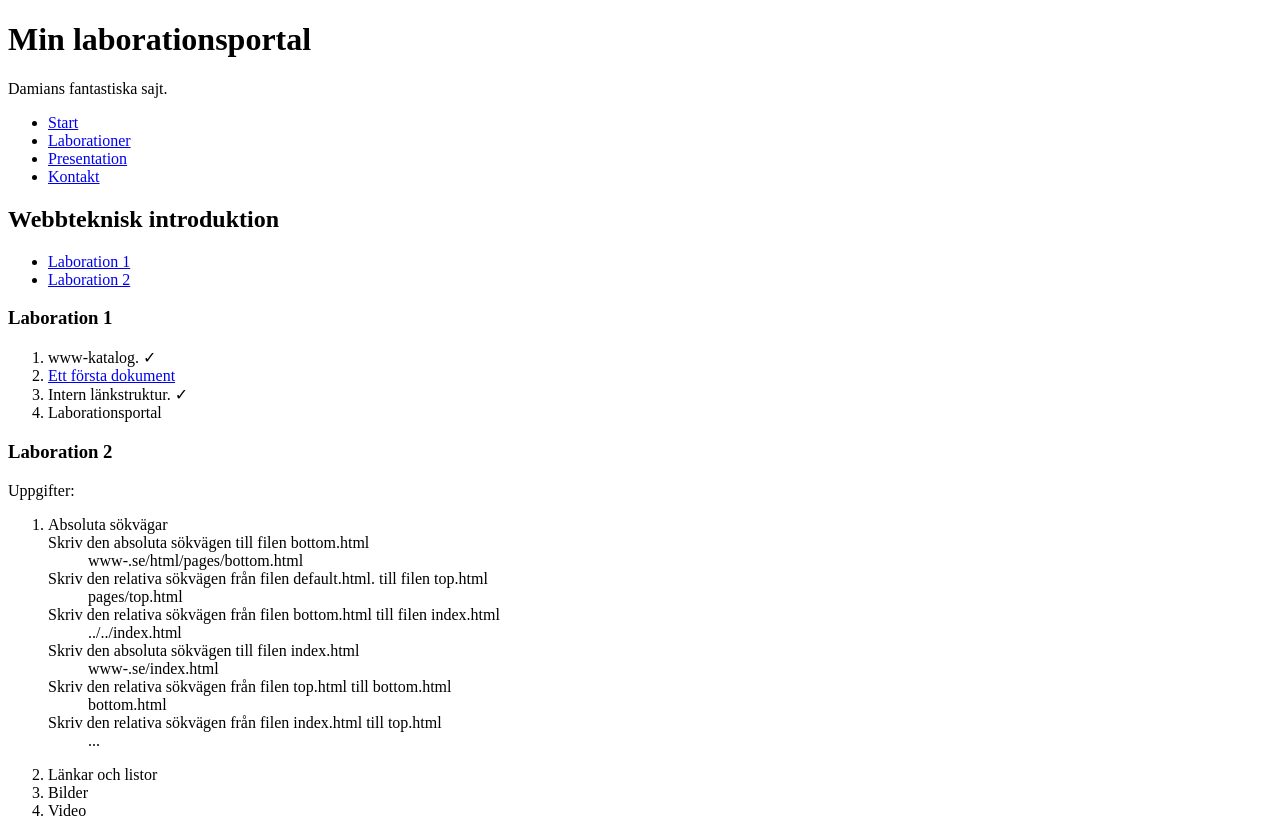
Repository: dg222dm/1ik415-laborationer
Page: pages/laborationer.html
The author's editor kept a record of every edit. The page is drawn from the files as they stood at one moment, then again after the next edit.
The browser window is 1280 px wide. The pictures show the whole page.

Above is the page before.

### pages/laborationer.html
<!doctype html>
<html lang="sv">
    <head>
        <meta charset="utf-8" />
        <title>Laborationer</title>
    </head>
    <body>
        <h1>Min laborationsportal</h1>

        <p>Damians fantastiska sajt.</p>

<!--Lista med länkar -->
        <ul>
            <li><a href="../index.html">Start</a></li>
            <li><a href="laborationer.html">Laborationer</a></li>
            <li><a href="presentation.html">Presentation</a></li>
            <li><a href="kontakt.html">Kontakt</a></li>

<!--Slut på länk lista -->
        </ul>
        <h2>Webbteknisk introduktion</h2>

<!--Länklista med ID attributer-->
        <ul>
            <li><a href="#lab1">Laboration 1</a></li>
            <li><a href="#lab2">Laboration 2</a></li>
        </ul>

<!--Slut på länklista med ID attributer-->
        <h3><a id="lab1">Laboration 1</a></h3>
        <ol>
            <li>www-katalog. &#x2713;</li>
            <li><a href="presentation.html">Ett första dokument</a></li>
            <li>Intern länkstruktur. &#x2713;</li>
            <li>Laborationsportal</li>
        </ol>
        <h3><a id="lab2">Laboration 2</a></h3>

<!--Lista med Laborations uppgifter-->
        <p>Uppgifter:</p>
        <ol>
            <li><dl>
                    <dt>Absoluta sökvägar</dt>
                    <dt>Skriv den absoluta sökvägen till filen bottom.html</dt>
                    <dd>www-.se/html/pages/bottom.html</dd>
                    <dt>Skriv den relativa sökvägen från filen default.html. till filen top.html</dt>
                    <dd>pages/top.html</dd>
                    <dt>Skriv den relativa sökvägen från filen bottom.html till filen index.html</dt>
                    <dd>../../index.html</dd>
                    <dt>Skriv den absoluta sökvägen till filen index.html</dt>
                    <dd>www-.se/index.html</dd>
                    <dt>Skriv den relativa sökvägen från filen top.html till bottom.html</dt>
                    <dd>bottom.html</dd>
                    <dt>Skriv den relativa sökvägen från filen index.html till top.html</dt>
                    <dd>...</dd>
            </dl></li>
            <li>Länkar och listor</li>
            <li>Bilder</li>
            <li>Video</li>
        </ol>
    </body>
</html>

After the next edit:
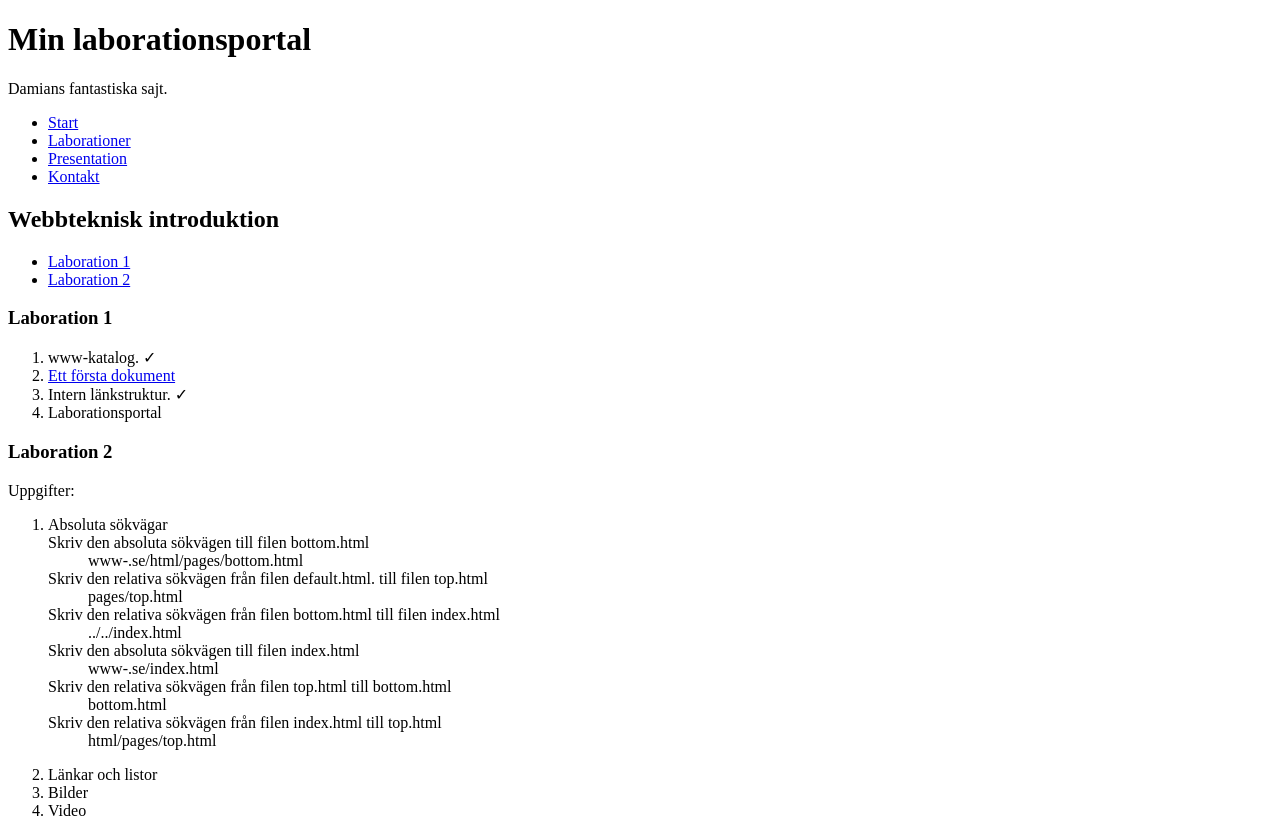
The edit:
--- a/pages/laborationer.html
+++ b/pages/laborationer.html
@@ -52,7 +52,7 @@
                     <dt>Skriv den relativa sökvägen från filen top.html till bottom.html</dt>
                     <dd>bottom.html</dd>
                     <dt>Skriv den relativa sökvägen från filen index.html till top.html</dt>
-                    <dd>...</dd>
+                    <dd>html/pages/top.html</dd>
             </dl></li>
             <li>Länkar och listor</li>
             <li>Bilder</li>
